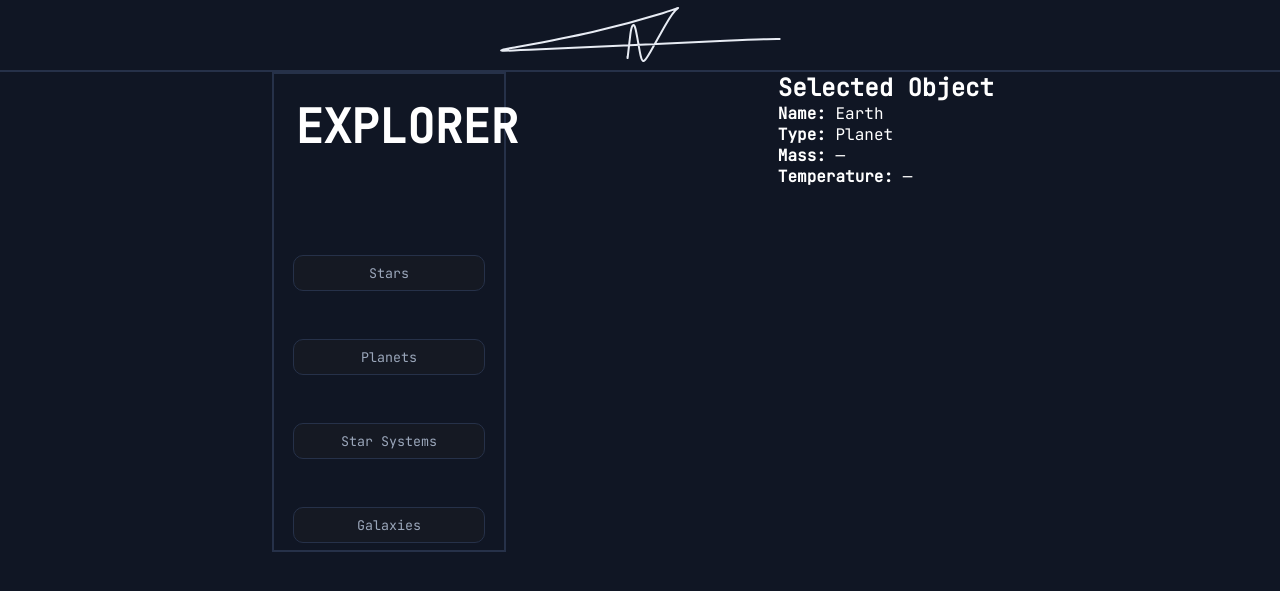
Repository: nico-madruga/Universe
Page: front-end/html/index.html
These files come from the project's save history. The page is drawn as it stood at one moment and after a run of saves; the edit follows.
The browser window is 1280 px wide. The pictures show the whole page.

Above is the page before, as saved 2026-09-28 17:44:40.

### front-end/html/index.html
<!DOCTYPE html>
<html lang="en">
<head>
    <meta charset="UTF-8">
    <meta name="viewport" content="width=device-width, initial-scale=1.0">
    <link href='https://fonts.googleapis.com/css?family=JetBrains Mono' rel='stylesheet'>
    <link rel="stylesheet" href="../css/style.css">
    <title>Universe</title>

    <link rel="stylesheet" href="../css/style.css">
</head>

<body>

    <header>
        <img src="/front-end/imgs/Vector 1.svg">
    </header>


    <main class="layout">

        <aside class="sidebar">

            <h2>EXPLORER</h2>

            <nav>
                <button class="standard_button">Stars</button>
                <button class="standard_button">Planets</button>
                <button class="standard_button">Star Systems</button>
                <button class="standard_button">Galaxies</button>
            </nav>

        </aside>


        <section class="content">

            <section class="space">

                <div class="star star-1"></div>
                <div class="star star-2"></div>
                <div class="star star-3"></div>

                <div class="planet"></div>

            </section>


            <section class="object-info">

                <h2>Selected Object</h2>

                <div class="info-grid">

                    <p>
                        <strong>Name:</strong>
                        Earth
                    </p>

                    <p>
                        <strong>Type:</strong>
                        Planet
                    </p>

                    <p>
                        <strong>Mass:</strong>
                        —
                    </p>

                    <p>
                        <strong>Temperature:</strong>
                        —
                    </p>

                </div>

            </section>

        </section>

    </main>

</body>
</html>

### front-end/css/style.css
:root
{
    --background-color: #101624;
    --planet-background-color: #080B14;
    --button-color: #2222224D;
    --button-border-color-hovered: #222222;
    --button-color-hovered: #263149BF;
    --panels-color: #101624;
    --panel-borders-color: #263149;
    --main-text-color: #E8ECF4;
    --secondary-text-color: #9AA6BA;
    --primary-accent-color: #4CC9F0;
    --secondary-accent-color: #8B7CFF;
    --highlight-color: #A9E8FF;
}

*
{
 padding: 0;
 margin: 0;
 color: white;
 font-family: 'JetBrains Mono';
}

header
{
    display: flex;
    padding: 1vh 0;
    background-color: var(--background-color);
    flex-direction: row-reverse;
    justify-content: space-evenly;
    border-bottom: 2px solid var(--panel-borders-color);
}

header input
{
    align-self: center;
    height: 2rem;
}

body
{
    background-color: var(--background-color);
}

.layout
{
    display: flex;
    justify-content: space-evenly;
}

.layout .sidebar
{
    display: flex;
    flex-direction: column;
    text-align: center;
    width: 18vw;
    height: 66vh;
    border: 2px solid var(--panel-borders-color);
}

.sidebar h2
{
    padding: 3vh;
    font-size: 2.9rem;
    font-style: normal;
}

.sidebar nav
{
    display: flex;
    flex-direction: column;
    gap: 48px;
    padding-top: 4.8rem;
}

.standard_button
{
    align-self: center;
    width: 15vw;
    height: 5vh;
    background-color: var(--button-color);
    border: 1px solid var(--panel-borders-color);
    border-style: solid;
    color: var(--secondary-text-color);
    border-radius: 10px;
}

.standard_button:hover
{
    border: 1px solid var(--button-border-color-hovered);
    background-color: var(--button-color-hovered);
    color: var(--secondary-accent-color)
}

.content
{
    display: flex;
}

.content .space
{
    background-color: var(--planet-background-color);
    width: 18;
}

.content .object-info
{
    width: 18vw;
}

After the next 2 saves:
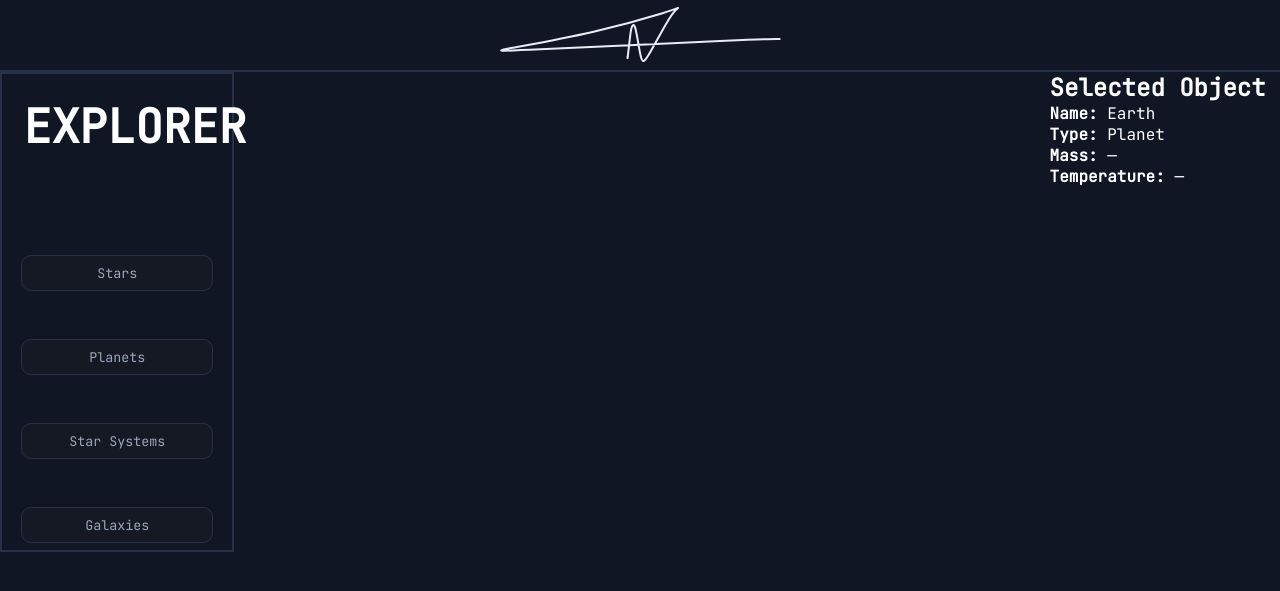
The 2 saves are shown as one change because they came seconds apart.
The last was saved 7 s later.
--- a/front-end/css/style.css
+++ b/front-end/css/style.css
@@ -46,7 +46,7 @@ body
 .layout
 {
     display: flex;
-    justify-content: space-evenly;
+    justify-content: space-between;
 }
 
 .layout .sidebar
